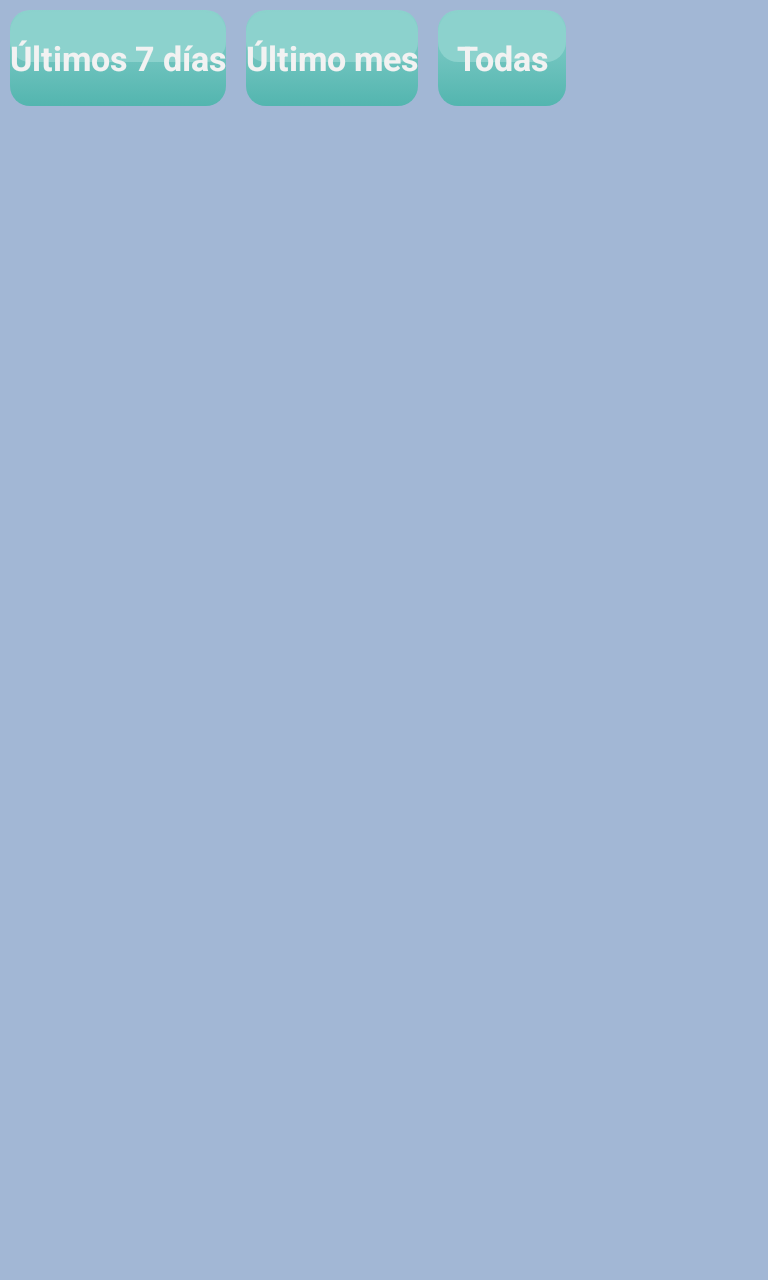
Repository: HectorGarciaMiguel/ssii-diabetes-060036
Layout: SeguimientoDiabetes/res/layout/activity_mostrar_mediciones_lista.xml
The author's editor kept a copy of each file at every save. The layout is drawn from the files as they stood at one save, then again after the next save.
It is drawn on a 768 x 1280 px phone screen (xhdpi) without system bars, with theme AppTheme; the app's code is not run. Lists and similar views that code fills are empty.

Above is the layout before, as saved 2015-11-20 17:48:29.

After the next save:
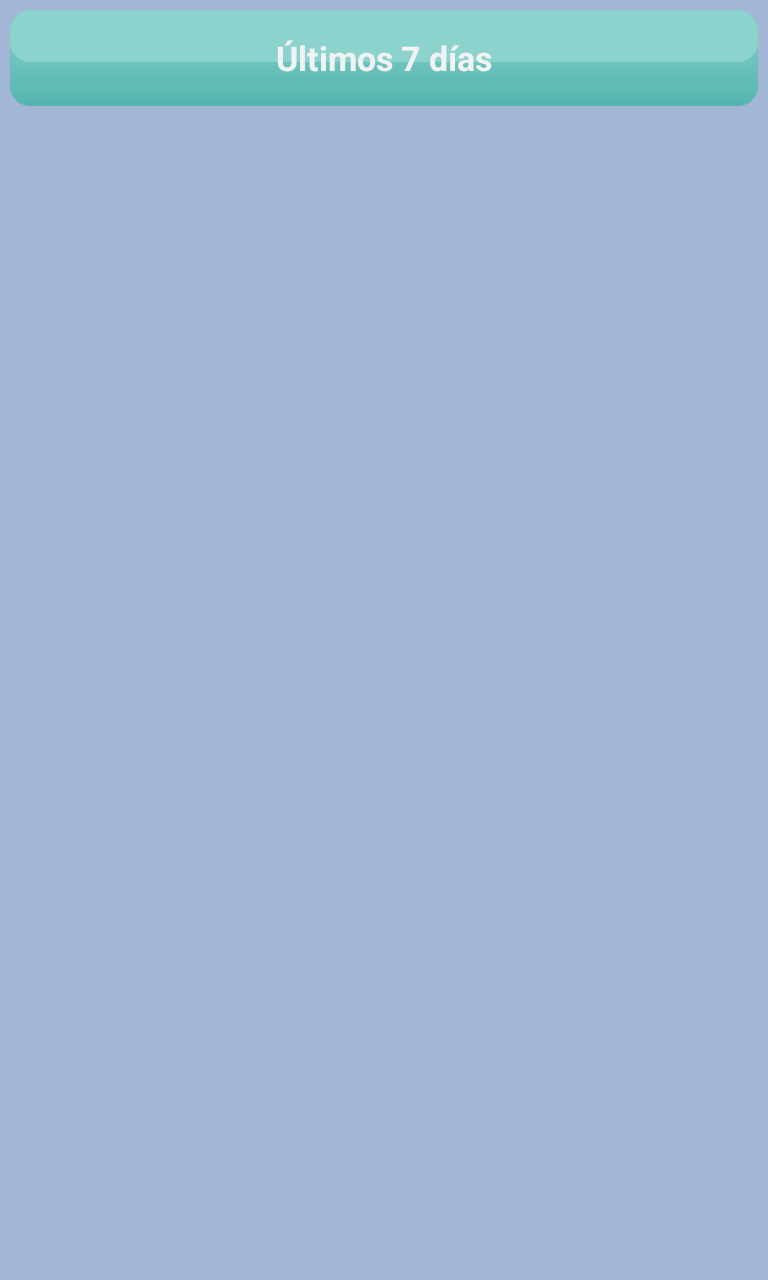
Saved 17 s later.
--- a/SeguimientoDiabetes/res/layout/activity_mostrar_mediciones_lista.xml
+++ b/SeguimientoDiabetes/res/layout/activity_mostrar_mediciones_lista.xml
@@ -16,7 +16,6 @@
         	style="@style/Boton"
             android:onClick=""
             android:layout_height="wrap_content"
-            android:layout_width="wrap_content"
             android:layout_margin="5dp"
             android:text="Últimos 7 días" />
 
@@ -26,7 +25,6 @@
         	style="@style/Boton"
             android:onClick=""
             android:layout_height="wrap_content"
-            android:layout_width="wrap_content"
             android:layout_margin="5dp"
             android:text="Último mes" />
 
@@ -37,7 +35,6 @@
         	style="@style/Boton"
             android:onClick=""
             android:layout_height="wrap_content"
-            android:layout_width="wrap_content"
             android:layout_margin="5dp"
             android:text="Todas" />
 

After the 2 saves that followed:
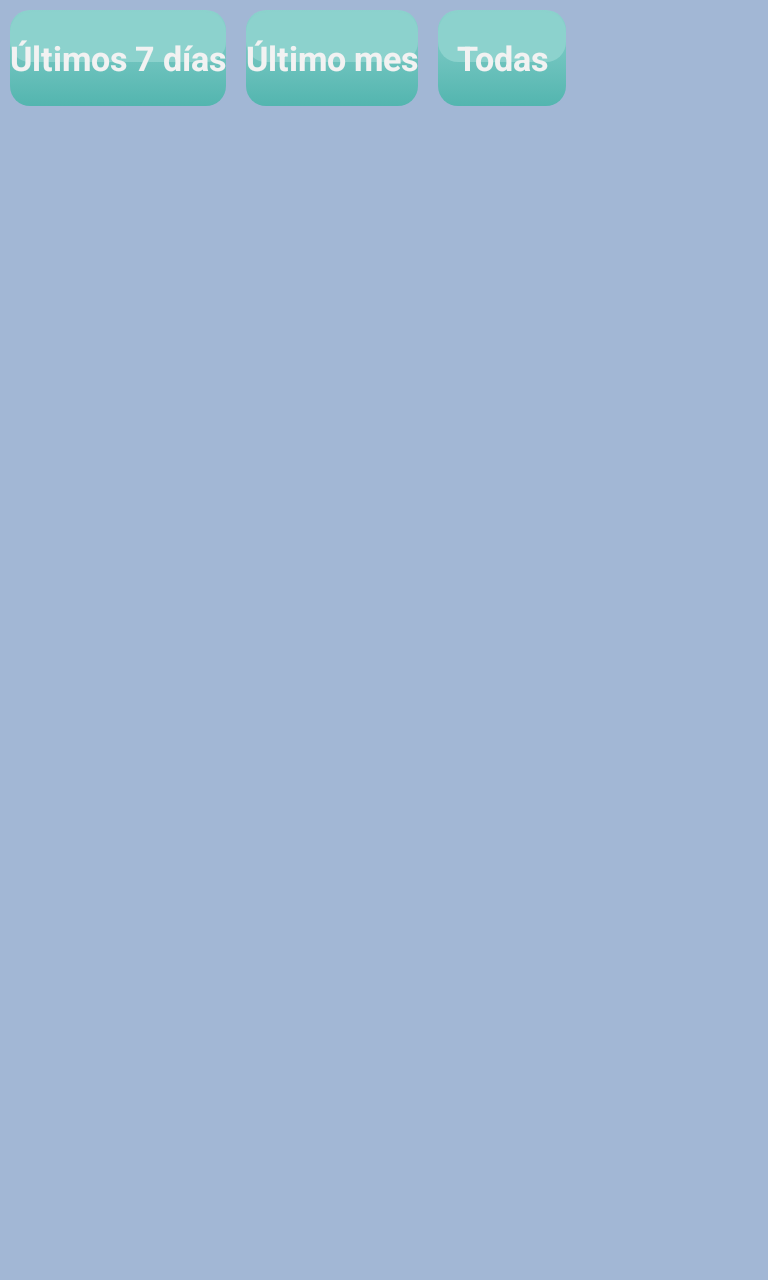
The 2 saves are shown as one change because 1 left the picture as it was.
The last was saved 114 s later.
--- a/SeguimientoDiabetes/res/layout/activity_mostrar_mediciones_lista.xml
+++ b/SeguimientoDiabetes/res/layout/activity_mostrar_mediciones_lista.xml
@@ -8,7 +8,8 @@
         <LinearLayout
     		android:layout_width="fill_parent"
     		android:layout_height="fill_parent"
-    		android:orientation="horizontal" >
+    		android:orientation="horizontal"
+    		android:layout_gravity="center">
 
             <Button
             android:id="@+id/button1"
@@ -16,6 +17,7 @@
         	style="@style/Boton"
             android:onClick=""
             android:layout_height="wrap_content"
+            android:layout_width="wrap_content"
             android:layout_margin="5dp"
             android:text="Últimos 7 días" />
 
@@ -25,6 +27,7 @@
         	style="@style/Boton"
             android:onClick=""
             android:layout_height="wrap_content"
+            android:layout_width="wrap_content"
             android:layout_margin="5dp"
             android:text="Último mes" />
 
@@ -35,6 +38,7 @@
         	style="@style/Boton"
             android:onClick=""
             android:layout_height="wrap_content"
+            android:layout_width="wrap_content"
             android:layout_margin="5dp"
             android:text="Todas" />
 
